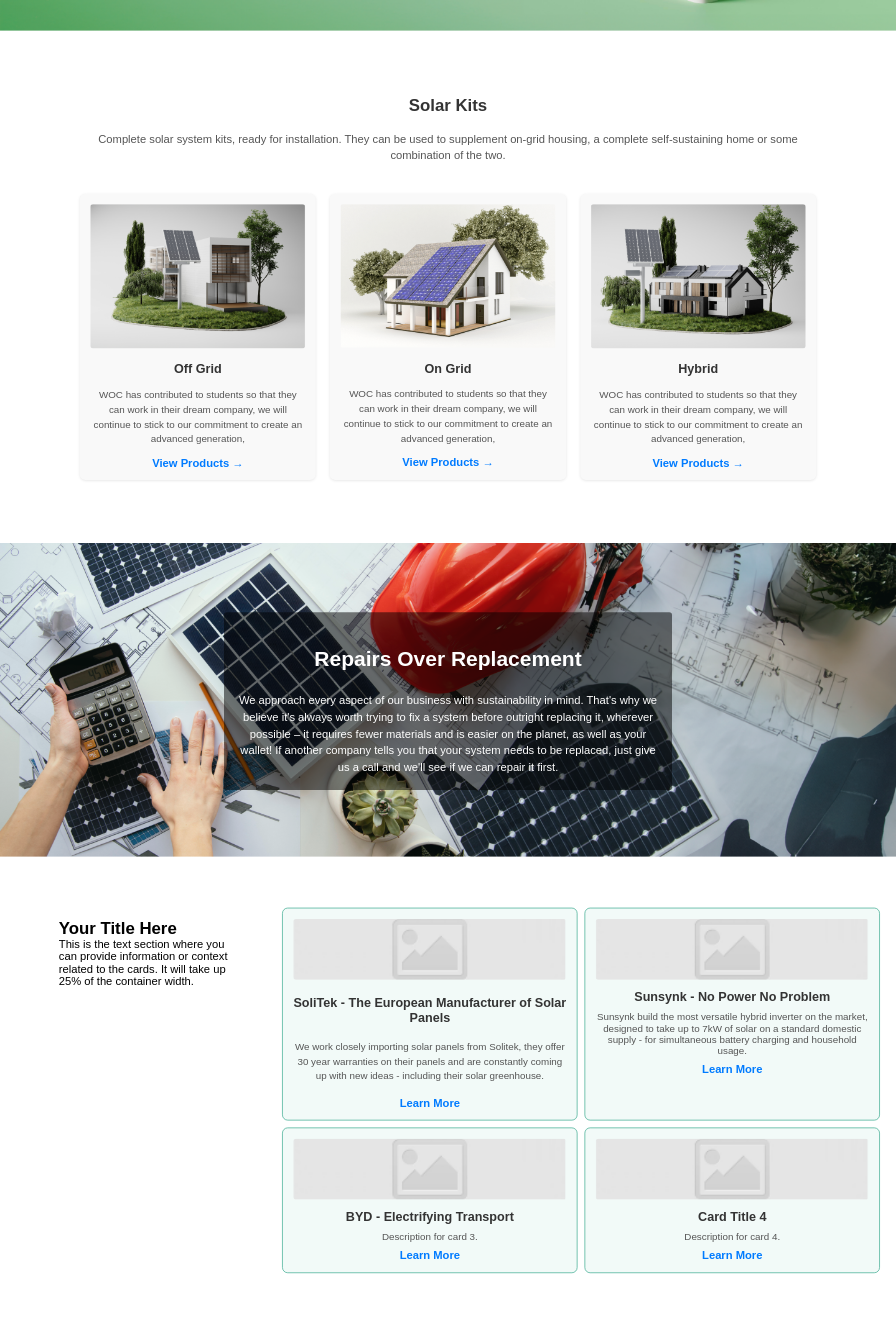
Repository: MaramNabil872/Landing-Page
Page: landingPage.html
An editor plug-in stored every save of this project. The page is shown before and after a run of saves, followed by the edit.
The browser window is 1280 px wide. The pictures show the part of the page from y = 1834 to 3754 px (the page is 3722 px tall before and 3754 px after), at 70% of full size.

Above is the page before, as saved 2024-10-21 17:45:31.

### landingPage.html
<!DOCTYPE html>
<html lang="en">
    <head>
        <meta charset="UTF-8" />
        <meta name="viewport" content="width=device-width, initial-scale=1.0" />
        <title>Landing Page</title>
        <link rel="stylesheet" href="landingPage.css" />
    </head>
    <body>
        <nav class="navbar">
            <div class="logo">MyLogo</div>

            <ul class="nav-links">
                <li><a href="#home">Home</a></li>
                <li><a href="#about">About</a></li>
                <li><a href="#services">Services</a></li>
                <li><a href="#contact">Contact</a></li>
            </ul>
            <div class="call">
                <p>call us</p>
                <h3>+2 01017345</h3>
            </div>
        </nav>

        <div class="image-container">
            <img
                src="images/solar-panels-meadow 1.png"
                alt="Background Image"
                class="background-image"
            />
            <div class="main-text">
                <h2 class="text-wallpaper">
                    Solar Panel Installers <br />
                    In Plymouth
                </h2>
                <br />
                <p class="text-paragraph">
                    Fueled is an award-winning technology consultancy that
                    transforms <br />
                    businesses by generating ideas, building products, and
                    accelerating<br />
                    growth.
                </p>
                <div class="button-container">
                    <button class="button-wallpaper1">Call Us Today</button>
                    <button class="button-wallpaper2">
                        Requst a call back
                    </button>
                </div>
            </div>
        </div>





        <!-- first container -->






        <div class="container1">
            <div class="text-container1">
                <p class="title-container1">
                    The Friendliest Installers <br />in the South-West
                </p>
                <p class="paragraph-container1">
                    At Solidarity Solar our aims are to help our customers
                    towards a sustainable future and genuinely care about the
                    quality of products we use for our installs. We never sell
                    you equipment you don't need and will always advise to the
                    best of our ability, No hard sell or pushy sales tactics
                    ever. We take pride in our work and do our best to make sure
                    that we meet, or exceed, our customers' expectations.
                </p>
                <div class="last-container1">
                    <p>
                        <span class="number-container1">01/ </span>Collaborate
                        with 100+ leading
                    </p>
                    <p>
                        <span class="number-container1">02/ </span> 100+ leading
                        universities and companies
                    </p>
                    <p>
                        <span class="number-container1">03/ </span> leading
                        universities and companies
                    </p>
                    <p>
                        <span class="number-container1">04/ </span> universities
                        and companies
                    </p>
                </div>
            </div>
            <div class="image-container1">
                <img src="images/Rectangle 30.png" alt="solar" />
            </div>
        </div>






        <!-- second section -->







        <div class="section2">
            <img src="images/middle.png" alt="img" />
            <div class="main-text">
                <h2 class="section2-text">Power that Doesn't Cost the Earth</h2>
                <h6 class="section2-paragraph">
                    If you need advice then give us a call on 07745593882 or hit
                    the <br />
                    button below to request a call back!
                </h6>
                <button class="button-wallpaper2">Call Us Today</button>
            </div>
        </div>





        <!-- third section -->





        <div class="white-container">
            <h2 class="title">Solar Kits</h2>
            <p class="text">
                Complete solar system kits, ready for installation. They can be
                used to supplement on-grid housing, a complete self-sustaining
                home or some combination of the two.
            </p>

            <div class="card-container">
                <div class="card">
                    <img src="images/1.png" alt="Image 2" class="card-image" />
                    <h3 class="card-title">Off Grid</h3>
                    <p class="card-text">
                        WOC has contributed to students so that they can work in
                        their dream company, we will continue to stick to our
                        commitment to create an advanced generation,
                    </p>
                    <a href="#" class="card-link">View Products →</a>
                </div>
                <div class="card">
                    <img
                        src="images/solar-panels-meadow 2 (1).png"
                        alt="Image 3"
                        class="card-image"
                    />
                    <h3 class="card-title">On Grid</h3>
                    <p class="card-text">
                        WOC has contributed to students so that they can work in
                        their dream company, we will continue to stick to our
                        commitment to create an advanced generation,
                    </p>
                    <a href="#" class="card-link">View Products →</a>
                </div>
                <div class="card">
                    <img
                        src="images/solar-panels-meadow 3.png"
                        alt="Image 1"
                        class="card-image"
                    />
                    <h3 class="card-title">Hybrid</h3>
                    <p class="card-text">
                        WOC has contributed to students so that they can work in
                        their dream company, we will continue to stick to our
                        commitment to create an advanced generation,
                    </p>
                    <a href="#" class="card-link">View Products →</a>
                </div>
            </div>
        </div>




        <!-- forth section -->








        <div class="forth-image">
            <img src="images/8116 1 (1).png" alt="Full Width Image" />
            <div class="overlay-text">
                <h2 class="overlay-title">Repairs Over Replacement</h2>
                <p class="overlay-paragraph">
                    We approach every aspect of our business with sustainability
                    in mind. That's why we believe it's always worth trying to
                    fix a system before outright replacing it, wherever possible
                    – it requires fewer materials and is easier on the planet,
                    as well as your wallet! If another company tells you that
                    your system needs to be replaced, just give us a call and
                    we'll see if we can repair it first.
                </p>
            </div>
        </div>


        <!-- fifth section -->



        <div class="container4">
            <div class="text-section4">
                <h2>Your Title Here</h2>
                <p>This is the text section where you can provide information or context related to the cards. It will take up 25% of the container width.</p>
            </div>
            <div class="card-section4">
                <div class="card4">
                    <img src="images/image 9.png" alt="Image 1" class="card-image">
                    <h3 class="card-title">SoliTek - The European Manufacturer of Solar Panels</h3>
                    <p class="card-text">We work closely importing solar panels from Solitek, they offer 30 year warranties on their panels and are constantly coming up with new ideas - including their solar greenhouse.</p>
                    <a href="#" class="card-link">Learn More</a>
                </div>
                <div class="card4">
                    <img src="images/image 9.png" alt="Image 2" class="card-image4">
                    <h3 class="card-title4">Sunsynk - No Power No Problem</h3>
                    <p class="card-text4">Sunsynk build the most versatile hybrid inverter on the market, designed to take up to 7kW of solar on a standard domestic supply - for simultaneous battery charging and household usage.</p>
                    <a href="#" class="card-link4">Learn More</a>
                </div>
                <div class="card4">
                    <img src="images/image 9.png" alt="Image 3" class="card-image4">
                    <h3 class="card-title4">BYD - Electrifying Transport</h3>
                    <p class="card-text4">Description for card 3.</p>
                    <a href="#" class="card-link4">Learn More</a>
                </div>
                <div class="card4">
                    <img src="images/image 9.png" alt="Image 4" class="card-image4">
                    <h3 class="card-title4">Card Title 4</h3>
                    <p class="card-text4">Description for card 4.</p>
                    <a href="#" class="card-link4">Learn More</a>
                </div>
            </div>
        </div>

    </body>
</html>

### landingPage.css
* {
    margin: 0;
    padding: 0;
    box-sizing: border-box; /* Added for consistent sizing */
}

body {
    font-family: Arial, sans-serif;
}
@media (max-width: 480px) {
    .text-overlay {
        font-size: 1.2rem; /* Even smaller text size for very small screens */
    }

    .call h3 {
        font-size: 1.2rem; /* Adjust call size for small screens */
    }
}
@media (max-width: 768px) {
    .navbar {
        flex-direction: column; /* Stack items vertically */
        align-items: flex-start; /* Align items to the left */
    }

    .nav-links {
        margin-top: 10px; /* Space between navbar and links */
    }

    .nav-links li {
        margin-left: 0;
        margin-bottom: 10px; /* Space between links */
    }

    .text-overlay {
        font-size: 1.5rem; /* Smaller text size for mobile */
    }
}


.navbar {
    background-color: #0b9586;
    display: flex;
    justify-content: space-between;
    align-items: center;
    padding: 10px 20px;
    position: relative;
    flex-wrap: wrap; /* Allow items to wrap on smaller screens */
}

.logo {
    color: #fff;
    font-size: 24px;
}

.nav-links {
    list-style: none;
    display: flex;
    flex-wrap: wrap; /* Allow links to wrap on smaller screens */
}

.nav-links li {
    margin-left: 20px;
}

.nav-links a {
    text-decoration: none;
    color: white;
    font-size: 18px;
    transition: color 0.3s;
}

.nav-links a:hover {
    color: #f0a500;
}

.call {
    color: #fff;
    text-align: right; /* Align text to the right */
}

.image-container {
    position: relative;
    width: 100%;
    height: 100vh;
    overflow: hidden;
}

.background-image {
    width: 100%;
    height: 100%;
    object-fit: cover;
}
.main-text{
    position: absolute;
    top: 40%;
    left:5%;
}
.text-wallpaper {


    color: white;
    font-size: 40px;
    font-weight: bold;
    text-shadow: 2px 2px 4px rgba(0, 0, 0, 0.5);
}
.text-paragraph{
    color: white;
    font-size:  18px;

}
.button-container{
    display: flex;
}
.button-wallpaper1 {
    background-color: #0b9586;
    color: white;
    border: none;
    border-radius: 20em;
    padding: 0.8em 1.5em 0.8em 1.2em;
    width: 40%;
    margin: 4%;
    height: 50px;
    font-size: 16px;
    cursor: pointer;
    align-items: center;

}
.button-wallpaper2 {
    background-color:  #FFBB1C;
    ;
    color: white;
    border: none;
    border-radius: 20em;
    padding: 0.8em 1.5em 0.8em 1.2em;
    width: 40%;
    margin: 4%;
    height: 50px;
    font-size: 16px;
    cursor: pointer;
    align-items: center;

}

.container1 {
    display: flex;
    background-color: white;
    padding-top: 10%;
    border-radius: 8px;
    max-width: 1200px;
    margin: 20px auto;


}
.title-container1{
    font-size: 37px;
    font-weight: bold;


}
.text-container1 {
   flex:1;
    padding-right:5%;
padding-left: 5%;}
.paragraph-container1{
    margin-top: 5%;
    line-height: 1.3;
}

.last-container1{
    font-size: 20px;
    font-weight: bold;
    padding-top: 10%;
    line-height: 1.6;
    .number-container1{
        color:#84BD3A;
        ;
    }
}
.image-container1 {
   flex:1
}

.image-container1 img {
    width: 75%;
    height: auto;
    border-radius: 8px;
}


.section2 {
    position: relative;
    width: 100%;
    overflow: hidden;
}

.section2 img {
    width: 100%;
    height: auto; }

.section2-text {
font-size: 35px;
    color: white;

}
.section2-paragraph{
    padding-top: 5%;
    line-height: 1.5;

    font-size: 16px;
    color: white;
}

/* third section */
.white-container {
    background-color: white;
    padding: 5%;
    max-width: 1200px;
    margin: 2% auto;
}

.title {
    margin-bottom: 2%;
    font-size: 24px;
    color: #333;
    text-align: center;

}

.text {
    margin-bottom: 2%;
    font-size: 16px;
    color: #555;
    line-height: 1.5;
    text-align: center;
}

.card-container {
    display: flex;
    justify-content: space-between;
    margin-top: 4%;
}

.card {
    background-color: #f9f9f9;
    border-radius: 8px;
    box-shadow: 0 1px 4px rgba(0, 0, 0, 0.1);
    padding: 15px;
    text-align: center;
    flex: 1;
    margin: 0 10px;
}

.card-image {
    width: 100%;
    height: auto;
    border-radius: 4px;
}

.card-title {
    font-size: 18px;
    color: #333;
    margin-top: 5%;

}

.card-text {
    font-size: 14px;
    color: #555;
    margin-top: 5%;
    margin-bottom: 5%;
    line-height: 1.5;

}

.card-link {
    text-decoration: none;
    color: #007bff;
    font-weight: bold;
}

.card-link:hover {
    text-decoration: underline;
}
@media (max-width: 768px) {
    .card-container {
        flex-direction: column;
    }

    .card {
        flex: 1 1 100%;
        max-width: 100%;
        margin: 10px 0;
    }
}

/* forth css */

.forth-image {
    position: relative;
    width: 100%;
    overflow: hidden;
}

.forth-image img {
    width: 100%;
    height: auto;
}

.overlay-text {
    position: absolute;
    top: 50%;
    left: 50%;
    transform: translate(-50%, -50%);
    color: white;
    text-align: center;
    padding: 20px;
    background-color: rgba(0, 0, 0, 0.5);
    border-radius: 4px;
}
.overlay-title{
    margin-top: 5%;
    margin-bottom: 5%;
    font-size: 30px;

}
.overlay-paragraph{
    margin-top: 4%;
    line-height: 1.5;
    font-size: 16px;

}

/* //forth section// */


.container4 {
    display: flex;
    max-width: 1200px;
    margin: 5%;
}

.text-section4 {
    flex: 0 0 25%;
    padding: 20px;

}

.card-section4 {
    margin-left: 4%;
    flex: 0 0 75%;
    display: flex;
    flex-wrap: wrap;
    justify-content: space-between;
}

.card4 {
    background-color: #3cab8f10;
    border-radius: 8px;
   border: 1px solid #3CAB90; /* Subtle shadow for cards */
    padding: 15px; /* Padding inside the cards */
    text-align: center; /* Center the text in the cards */
    flex: 0 0 calc(50% - 10px); /* Each card takes half of the card section width minus margin */
    margin: 5px; /* Margin around cards */
}

.card-image4 {
    width: 100%; /* Make the image take full width of the card */
    height: auto; /* Maintain aspect ratio */
    border-radius: 4px; /* Rounded corners for the image */
}

.card-title4 {
    font-size: 18px; /* Font size for card titles */
    color: #333; /* Color of card title text */
    margin: 10px 0; /* Margin above and below card title */
}

.card-text4 {
    font-size: 14px; /* Font size for card text */
    color: #555; /* Color of card text */
    margin: 10px 0; /* Margin above and below card text */
}

.card-link4 {
    text-decoration: none; /* Remove underline from link */
    color: #007bff; /* Link color */
    font-weight: bold; /* Bold link text */
}

.card-link4:hover {
    text-decoration: underline; /* Underline link on hover */
}

/* Media Query for Mobile Responsiveness */
@media (max-width: 768px) {
    .container4 {
        flex-direction: column; /* Stack text and cards vertically */
    }

    .text-section4 {
        flex: 1 1 100%; /* Full width for text section on mobile */
    }

    .card-section4 {
        flex: 1 1 100%; /* Full width for card section on mobile */
        display: flex; /* Use Flexbox for cards */
        flex-wrap: wrap; /* Allow cards to wrap */
    }

    .card4 {
        flex: 0 0 100%; /* Each card takes full width on mobile */
        margin: 10px 0; /* Margin above and below each card */
    }
}

After the next 2 saves:
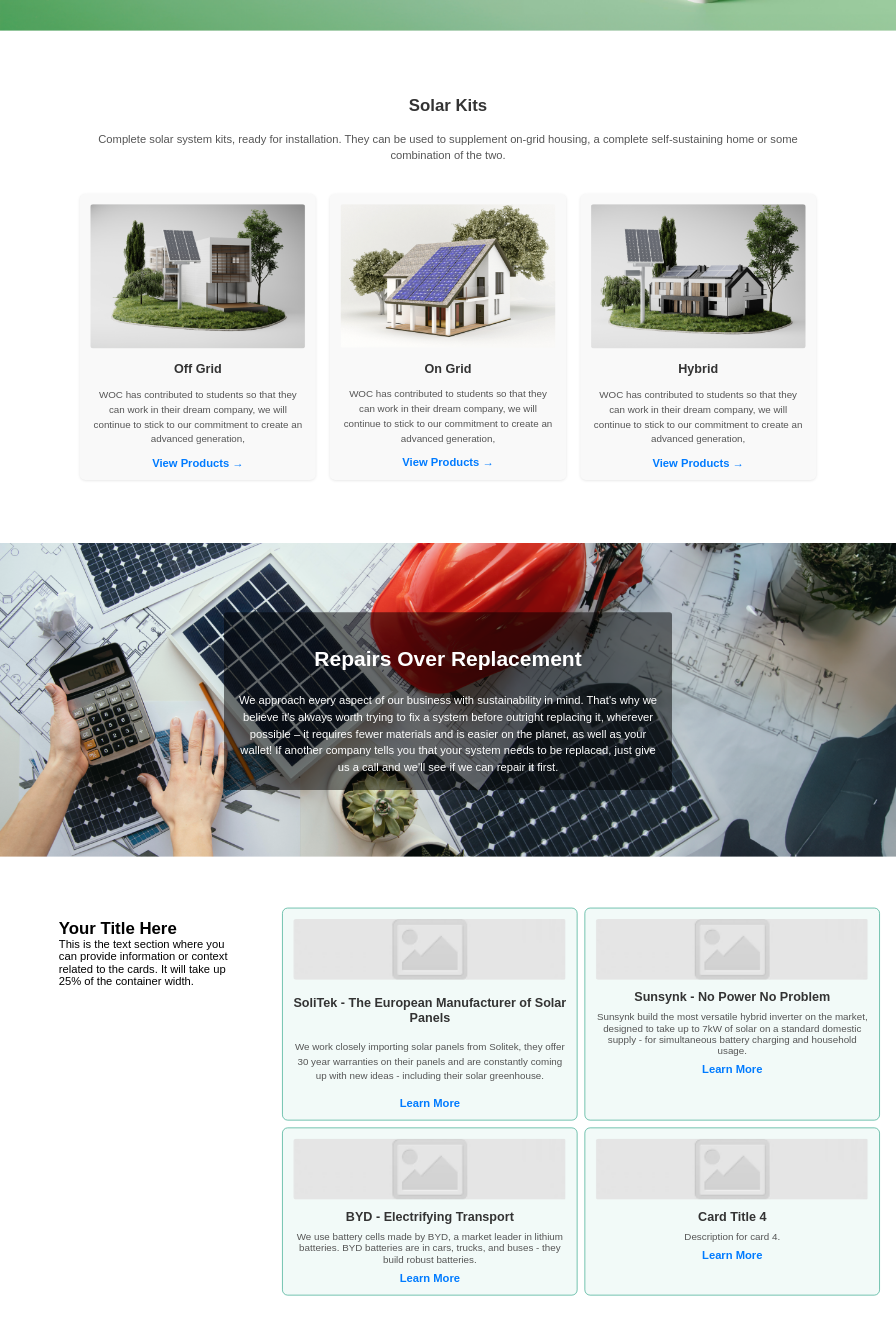
The 2 saves are shown as one change because they came seconds apart.
The last was saved 8 s later.
--- a/landingPage.html
+++ b/landingPage.html
@@ -50,16 +50,7 @@
             </div>
         </div>
 
-
-
-
-
         <!-- first container -->
-
-
-
-
-
 
         <div class="container1">
             <div class="text-container1">
@@ -99,18 +90,7 @@
             </div>
         </div>
 
-
-
-
-
-
         <!-- second section -->
-
-
-
-
-
-
 
         <div class="section2">
             <img src="images/middle.png" alt="img" />
@@ -125,15 +105,7 @@
             </div>
         </div>
 
-
-
-
-
         <!-- third section -->
-
-
-
-
 
         <div class="white-container">
             <h2 class="title">Solar Kits</h2>
@@ -185,17 +157,7 @@
             </div>
         </div>
 
-
-
-
         <!-- forth section -->
-
-
-
-
-
-
-
 
         <div class="forth-image">
             <img src="images/8116 1 (1).png" alt="Full Width Image" />
@@ -213,43 +175,75 @@
             </div>
         </div>
 
-
         <!-- fifth section -->
-
-
 
         <div class="container4">
             <div class="text-section4">
                 <h2>Your Title Here</h2>
-                <p>This is the text section where you can provide information or context related to the cards. It will take up 25% of the container width.</p>
+                <p>
+                    This is the text section where you can provide information
+                    or context related to the cards. It will take up 25% of the
+                    container width.
+                </p>
             </div>
             <div class="card-section4">
                 <div class="card4">
-                    <img src="images/image 9.png" alt="Image 1" class="card-image">
-                    <h3 class="card-title">SoliTek - The European Manufacturer of Solar Panels</h3>
-                    <p class="card-text">We work closely importing solar panels from Solitek, they offer 30 year warranties on their panels and are constantly coming up with new ideas - including their solar greenhouse.</p>
+                    <img
+                        src="images/image 9.png"
+                        alt="Image 1"
+                        class="card-image"
+                    />
+                    <h3 class="card-title">
+                        SoliTek - The European Manufacturer of Solar Panels
+                    </h3>
+                    <p class="card-text">
+                        We work closely importing solar panels from Solitek,
+                        they offer 30 year warranties on their panels and are
+                        constantly coming up with new ideas - including their
+                        solar greenhouse.
+                    </p>
                     <a href="#" class="card-link">Learn More</a>
                 </div>
                 <div class="card4">
-                    <img src="images/image 9.png" alt="Image 2" class="card-image4">
+                    <img
+                        src="images/image 9.png"
+                        alt="Image 2"
+                        class="card-image4"
+                    />
                     <h3 class="card-title4">Sunsynk - No Power No Problem</h3>
-                    <p class="card-text4">Sunsynk build the most versatile hybrid inverter on the market, designed to take up to 7kW of solar on a standard domestic supply - for simultaneous battery charging and household usage.</p>
+                    <p class="card-text4">
+                        Sunsynk build the most versatile hybrid inverter on the
+                        market, designed to take up to 7kW of solar on a
+                        standard domestic supply - for simultaneous battery
+                        charging and household usage.
+                    </p>
                     <a href="#" class="card-link4">Learn More</a>
                 </div>
                 <div class="card4">
-                    <img src="images/image 9.png" alt="Image 3" class="card-image4">
+                    <img
+                        src="images/image 9.png"
+                        alt="Image 3"
+                        class="card-image4"
+                    />
                     <h3 class="card-title4">BYD - Electrifying Transport</h3>
-                    <p class="card-text4">Description for card 3.</p>
+                    <p class="card-text4">
+                        We use battery cells made by BYD, a market leader in
+                        lithium batteries. BYD batteries are in cars, trucks,
+                        and buses - they build robust batteries.
+                    </p>
                     <a href="#" class="card-link4">Learn More</a>
                 </div>
                 <div class="card4">
-                    <img src="images/image 9.png" alt="Image 4" class="card-image4">
+                    <img
+                        src="images/image 9.png"
+                        alt="Image 4"
+                        class="card-image4"
+                    />
                     <h3 class="card-title4">Card Title 4</h3>
                     <p class="card-text4">Description for card 4.</p>
                     <a href="#" class="card-link4">Learn More</a>
                 </div>
             </div>
         </div>
-
     </body>
 </html>
